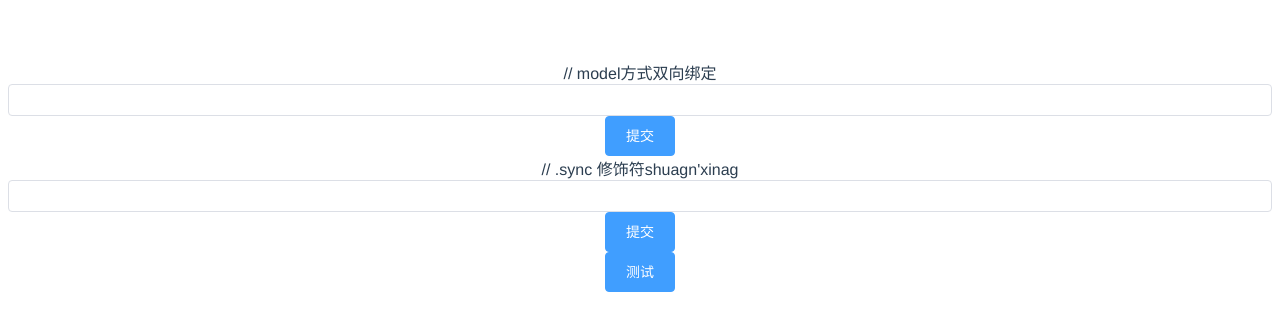
Repository: liuzhilin-lzl/vue-project
Page: /
An editor plug-in stored every save of this project. The page is shown before and after the next save, followed by the edit.
The browser window is 1280 px wide. The pictures show the whole page.
The project was rebuilt for these pictures with package versions that can differ from the ones it lists, and the page was loaded fresh each time.

Above is the page before, as saved 2021-11-20 21:42:28.

### src/main.js
/*
 * @Author: your name
 * @Date: 2021-10-17 12:42:10
 * @LastEditTime: 2021-11-08 17:29:31
 * @LastEditors: Please set LastEditors
 * @Description: In User Settings Edit
 * @FilePath: /vue-project/src/main.js
 */
import Vue from 'vue'
import App from './App.vue'
// import Antd from 'ant-design-vue';
import ElementUI from 'element-ui';
import 'element-ui/lib/theme-chalk/index.css';
// import 'ant-design-vue/dist/antd.css';
import "tailwindcss/tailwind.css"


Vue.config.productionTip = false;

// Vue.use(Antd);
Vue.use(ElementUI);

Vue.config.productionTip = false

new Vue({
	render: h => h(App),
}).$mount('#app')

### src/App.vue
<template>
  <div id="app">
    <Preview/>
  </div>
</template>
<script>
import Preview from '@/view/Preview'


export default {
  name: 'App',
  components: {
    Preview
  }
}
</script>

<style>
#app {
  font-family: Avenir, Helvetica, Arial, sans-serif;
  -webkit-font-smoothing: antialiased;
  -moz-osx-font-smoothing: grayscale;
  text-align: center;
  color: #2c3e50;
  margin-top: 60px;
}
</style>

### src/view/Preview.vue
<!--
 * @Author: your name
 * @Date: 2021-10-28 11:16:55
 * @LastEditTime: 2021-11-20 21:41:53
 * @LastEditors: Please set LastEditors
 * @Description: In User Settings Edit
 * @FilePath: /vue-project/src/view/Preview.vue
-->
<template>
	<div>
		<!-- <h1>通过npm npm i -s area-data</h1> -->
		<!-- <al-cascader v-model="resArr" level="3" data-type="all" size="large" @input="selectArea" />
		<h1>通过 json</h1>
		<Cascader @change="selectArea1" :default-value="defaultArea" />
		<Cascader2 @change="selectArea1" :default-value="defaultArea" />
		<el-button @click="dialogVisible = true">测试</el-button>
		<el-dialog title="提示" :visible.sync="dialogVisible" width="30%">
			<TinymceModal class="component"></TinymceModal>
		</el-dialog> -->
		<!-- <TinymceModal class="component"></TinymceModal> -->
		<!-- <CheckBoxModal v-model="checkValue"></CheckBoxModal> -->
		// model方式双向绑定
		<inputModal :changeValue.sync='text' ></inputModal>
		// .sync 修饰符shuagn'xinag
		<inputModal :changeValue.sync='text' ></inputModal>
		<el-button type="primary" @click="onClick">测试</el-button>
	</div>
</template>
<script>
// import AlCascader from '../components/Cascader.vue';
// import Cascader from '@/components/cascader/Cascader.vue';
// import Cascader2 from '@/components/cascader/ant-design-vue';
// import TinymceModal from '@/components/tinymceModal/TinymceModal';
// import CheckBoxModal from '@/components/selectModal/checkBoxModal';
import inputModal from '@/components/selectModal/InputModal';

export default {
	name: 'App',
	components: {
		// AlCascader,
		// Cascader,
		// Cascader2,
		// TinymceModal,
		// CheckBoxModal,
		inputModal
	},
	data() {
		return {
			resArr: [],
			defaultArea: '',
			dialogVisible: false,
			checkValue: '',
			text: ''
		};
	},
	methods: {
		selectArea() {
			console.log(this.resArr);
		},
		selectArea1(selectedArea) {
			console.log(selectedArea);
		},
		onClick() {
			console.log(this.text);
		}
	},
};
</script>

<style>
#app {
	text-align: center;
	font-size: 16px;
}
</style>

### src/components/selectModal/InputModal.vue
<!--
 * @Author: your name
 * @Date: 2021-11-20 20:09:35
 * @LastEditTime: 2021-11-20 21:39:52
 * @LastEditors: Please set LastEditors
 * @Description: 打开koroFileHeader查看配置 进行设置: https://github.com/OBKoro1/koro1FileHeader/wiki/%E9%85%8D%E7%BD%AE
 * @FilePath: /vue-project/src/components/selectModal/InputModal.vue
-->

<template>
  <div>
    <el-input size="small" v-model="value" ></el-input>
    <el-button type="primary" @click=updateVal>提交</el-button>
  </div>
</template>
<script>
export default {
  // model: {
  //   prop: 'defaultValue',
  //   event: 'changeValue'
  // },
  props: {
    defaultValue: {
      type: String,
      default: ''
    }
  },
  data() {
    return {
      value: ''
    };
  },
  methods: {
    updateVal(){
      this.$emit('update:changeValue',this.value)
    }
  }
};
</script>

Loaded but not shown: public/index.html (common file)

After the next save:
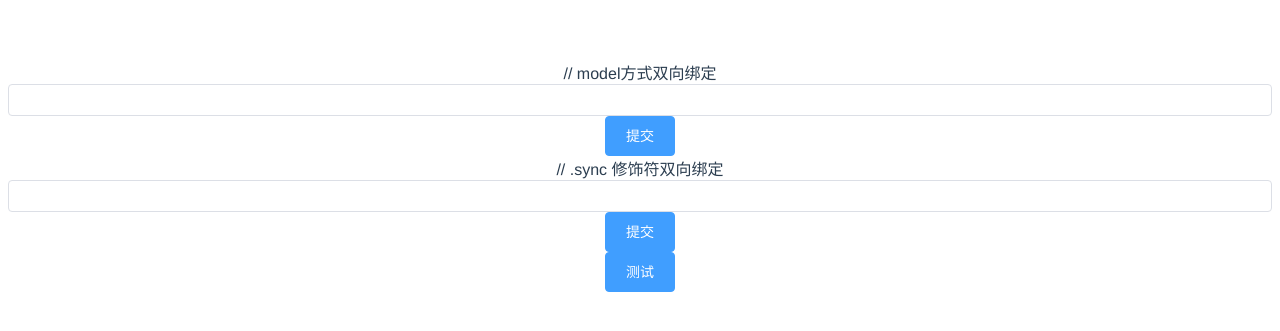
Saved 9 s later.
--- a/src/view/Preview.vue
+++ b/src/view/Preview.vue
@@ -21,7 +21,7 @@
 		<!-- <CheckBoxModal v-model="checkValue"></CheckBoxModal> -->
 		// model方式双向绑定
 		<inputModal :changeValue.sync='text' ></inputModal>
-		// .sync 修饰符shuagn'xinag
+		// .sync 修饰符双向绑定
 		<inputModal :changeValue.sync='text' ></inputModal>
 		<el-button type="primary" @click="onClick">测试</el-button>
 	</div>
